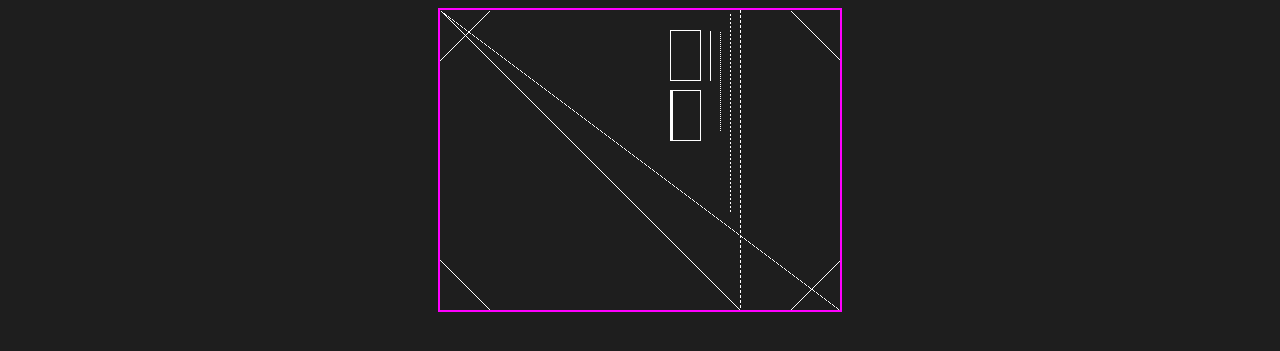
Repository: StarLightGX/miao
Page: paint.html
The author's editor kept a copy of each file at every save. The page is drawn from the files as they stood at one save, then again after the next save.
The browser window is 1280 px wide. The pictures show the whole page.

Above is the page before, as saved 2020-11-12 20:39:06.

### paint.html
<!DOCTYPE html>
<html lang="en">
  <head>
    <meta charset="UTF-8" />
    <title>画图</title>
    <style>
      html {
        background-color: rgb(30, 30, 30);
      }
      canvas {
        border: 2px solid #f0f;
        display: block;
        margin: auto;
      }
    </style>
  </head>
  <body>
    <canvas width="400" height="300"></canvas>
  </body>
  <script>
    var canvas = document.querySelector("canvas");
    canvas.style.imageRendering = "pixelated";
    var ctx = canvas.getContext("2d");

    function dot(x, y, color = "white") {
      x = x | 0;
      y = y | 0;
      ctx.fillStyle = color;
      ctx.fillRect(x, y, 1, 1);
    }

    function line(x1, y1, x2, y2) {
      ctx.strokeStyle = "black";
      ctx.moveTo(x1, y1);
      ctx.lineTo(x2, y2);
      ctx.stroke();
    }
    /**
   * YOUR TASK
画图的题：
画一条实线
画一条一个实点一个空点的虚线
画一条两个实点两个空点的虚线
画一条三个实点两个空点的虚线
画一条45度的斜线
画一条30度的斜线（选做）
在四个角画分别画一条45度的斜线以让画面看起来像一个相框
画一条跨越画布左上角和右下角的对角线
画一个空心矩形
画一个实心矩形
画一个rgb色彩空间的某一面
画一个空心的圆
画一个实心的圆
画一个大小合适的sin(x)的图像
   */
  </script>
  <script>
    // YOUR CODE GOES BELOW
    var x = 1;
    var y = 1;
    var i = 0;

    // 画一条实线
    y = 20;
    for (i = 0; i < 50; i++) {
      y = y + 1;
      x = 270;
      dot(x, y);
    }

    // 画一条一个实点一个空点的虚线
    y = 20;
    for (i = 0; i < 50; i++) {
      y = y + 2;
      x = 280;
      dot(x, y);
    }

    // 画一条两个实点两个空点的虚线

    for (i = 0; i < 50; i++) {
      y = 4 * (i + 1);
      x = 290;
      dot(x, y);
    }

    for (i = 0; i < 50; i++) {
      y = 4 * (i + 1) + 1;
      x = 290;
      dot(x, y);
    }

    // 画一条三个实点两个空点的虚线

    for (i = 0; i < 100; i++) {
      y = 5 * (i + 1);
      x = 300;
      dot(x, y - 10);
    }

    for (i = 0; i < 100; i++) {
      y = 5 * (i + 1) + 1;
      x = 300;
      dot(x, y - 10);
    }

    for (i = 0; i < 100; i++) {
      y = 5 * (i + 1) + 2;
      x = 300;
      dot(x, y - 10);
    }

    // 画一条45度的斜线
    y = 0;
    for (i = 0; i < 1050; i++) {
      y = y + 1;
      x = y;
      dot(x, y);
    }
    // 画一条30度的斜线（选做）
    y = 0;
    for (i = 0; i < 1050; i++) {
      y = y + 1;
      x = y;
      dot(x, y);
    }
    // 在四个角画分别画一条45度的斜线以让画面看起来像一个相框
    y = 0;
    for (i = 0; i < 1050; i++) {
      y = y + 1;
      x = y;
      dot(x - 250, y);
    }
    y = 0;
    for (i = 0; i < 1050; i++) {
      y = y + 1;
      x = y;
      dot(x + 350, y);
    }
    y = 0;
    for (i = 0; i < 1050; i++) {
      y = y + 1;
      x = -y;
      dot(x + 50, y);
    }
    y = 0;
    for (i = 0; i < 1050; i++) {
      y = y + 1;
      x = -y;
      dot(x + 650, y);
    }

    // 画一条跨越画布左上角和右下角的对角线
    y = 0;
    for (i = 0; i < 500; i++) {
      y = y + 1;
      x = (4 / 3) * y;
      dot(x, y);
    }
    // 画一个空心矩形
    y = 20;
    for (i = 0; i < 50; i++) {
      y = y + 1;
      x = 260;
      dot(x, y);
    }
    y = 20;
    for (i = 0; i < 50; i++) {
      y = y + 1;
      x = 230;
      dot(x, y);
    }
    y = 20;
    for (i = 0; i < 31; i++) {
      y = y + 1;
      x = 30;
      dot(y + 209, x - 10);
    }
    y = 20;
    for (i = 0; i < 31; i++) {
      y = y + 1;
      x = 30;
      dot(y + 209, x + 40);
    }
    // 画一个实心矩形
    y = 80;
    for (i = 0; i < 50; i++) {
      y = y + 1;
      x = 260;
      dot(x, y);
    }
    y = 80;
    for (i = 0; i < 50; i++) {
      y = y + 1;
      x = 230;
      dot(x, y);
    }
    y = 20;
    for (i = 0; i < 31; i++) {
      y = y + 1;
      x = 30;
      dot(y + 209, x + 50);
    }
    y = 20;
    for (i = 0; i < 31; i++) {
      y = y + 1;
      x = 30;
      dot(y + 209, x + 100);
    }

    y = 80;
    x = 230;
    for (i = 0; i < 50; i++) {
      y = y + 1;
      x = 231;
      dot(x, y);
    }
    y = 80;
    for (i = 0; i < 50; i++) {
      y = y + 1;
      x = 232;
      dot(x, y);
    }

    // 画一个rgb色彩空间的某一面

    // 画一个空心的圆

    // 画一个实心的圆

    // 画一个大小合适的sin(x)的图像
  </script>
</html>

After the next save:
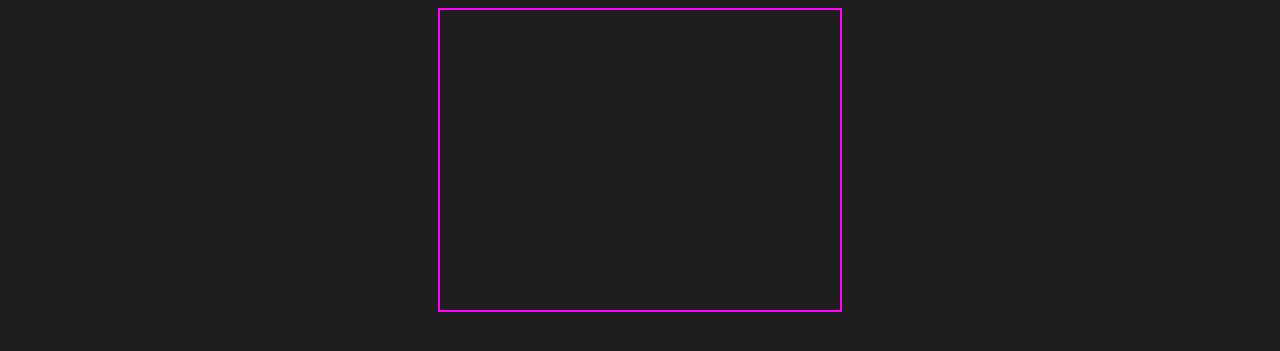
Console error: SyntaxError: Unexpected token ')'
Saved 3 min 37 s later.
--- a/paint.html
+++ b/paint.html
@@ -217,9 +217,10 @@
     }
     y = 80;
     for (i = 0; i < 50; i++) {
-      y = y + 1;
-      x = 232;
-      dot(x, y);
+      for(x < 260){
+      y = y + 1;
+      x = x + 1;
+      dot(x, y);}
     }
 
     // 画一个rgb色彩空间的某一面

After the save that followed:
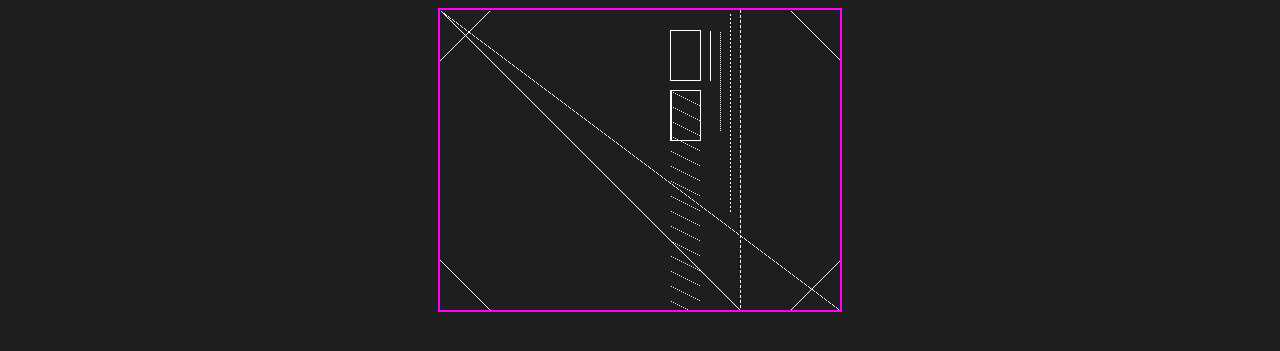
The error is gone.
Saved 52 s later.
--- a/paint.html
+++ b/paint.html
@@ -217,10 +217,11 @@
     }
     y = 80;
     for (i = 0; i < 50; i++) {
-      for(x < 260){
-      y = y + 1;
-      x = x + 1;
-      dot(x, y);}
+      for (x = 230; x < 260; x++) {
+        y = y + 1;
+        x = x + 1;
+        dot(x, y);
+      }
     }
 
     // 画一个rgb色彩空间的某一面
